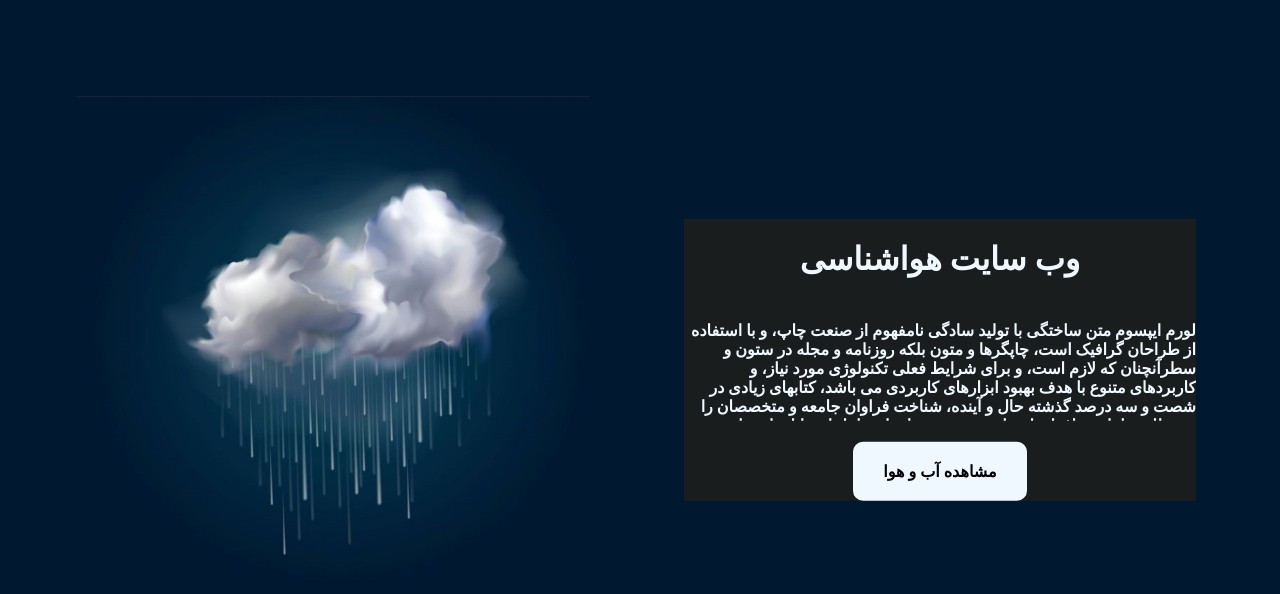
Repository: fateme81yosefi/weather
Page: landing/Landing.html
An editor plug-in stored every save of this project. The page is shown before and after a run of saves, followed by the edit.
The browser window is 1280 px wide. The pictures show the whole page.
Some web fonts or font styles are not loaded; a fallback is used.

Above is the page before, as saved 2025-02-02 17:03:00.

After the next 4 saves:
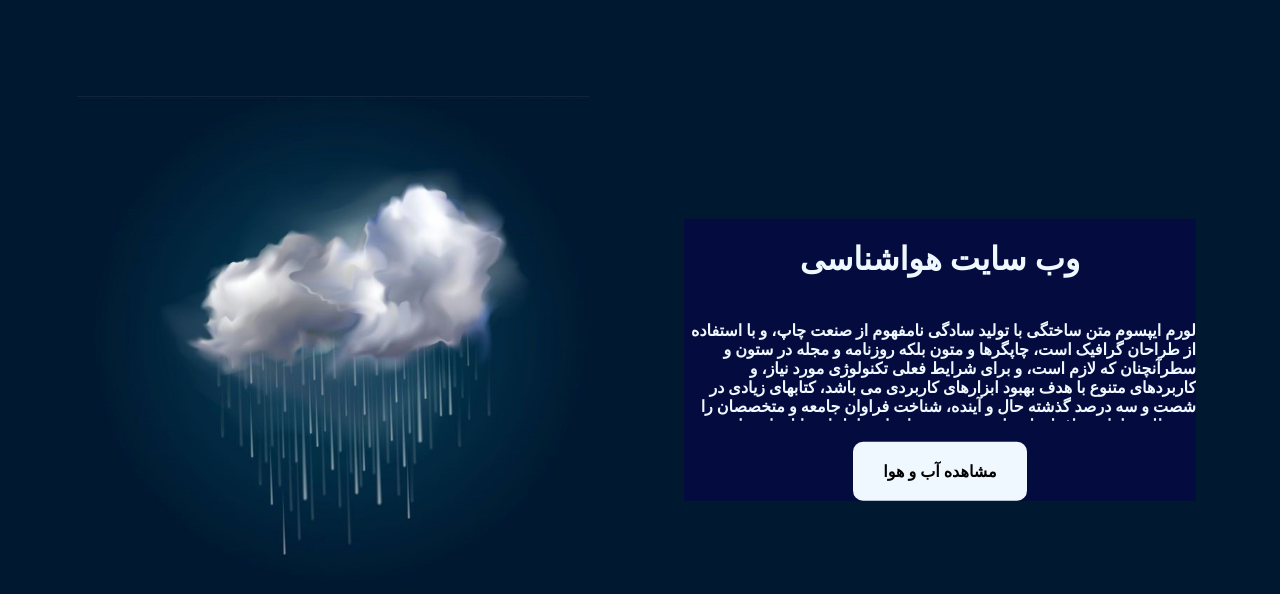
The 4 saves are shown as one change because they came seconds apart.
The last was saved 10 s later.
--- a/landing/style/landing.css
+++ b/landing/style/landing.css
@@ -38,7 +38,7 @@ body {
   flex-direction: column;
   align-items: center;
   justify-content: center;
-  background-color: rgba(59, 36, 7, 0.44);
+  background-color: rgba(9, 1, 78, 0.486);
 
 }
 
